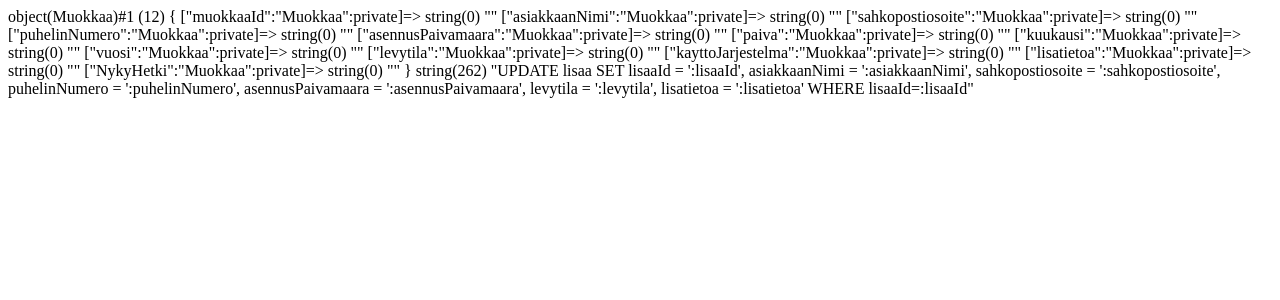
Repository: TommiKurjensalo/php
Page: http://localhost/test/function_to_function.php
These files come from the project's save history. The page is drawn as it stood at one moment and after the next save; the edit follows.
The browser window is 1280 px wide. The pictures show the whole page.
The page is run by PHP 8.4 with error messages shown; the project is at /var/www/html/.

Above is the page before, as saved 2017-04-25 16:22:46.

### sivut/test/function_to_function.php
<?php

$m = new Muokkaa();
$m->muokkaaAsiakas($m);

class Muokkaa {

	// luokan attribuutit
	private $muokkaaId = "";
	private $asiakkaanNimi = "";
	private $sahkopostiosoite = "";
	private $puhelinNumero = "";
	private $asennusPaivamaara = "";
	private $paiva = "";
	private $kuukausi = "";
	private $vuosi = "";
	private $levytila = "";
	private $kayttoJarjestelma = "";
	private $lisatietoa = "";
	private $NykyHetki = "";

	// Etsitään sopiva konstruktori
	function __construct() {
		$get_arguments       = func_get_args();
		$number_of_arguments = func_num_args();

		if (method_exists($this, $method_name = '__construct'.$number_of_arguments)) {
			call_user_func_array(array($this, $method_name), $get_arguments);
		}
	}


	// Luokan konstruktori
	public function __construct10($uusiId=1, $uusiAsiakkaanNimi = "Asiakas332", $uusiSahkopostiosoite = "asiakas@jee.org", $uusiPuhelinNumero = "040-8877 443",
			$uusiPaiva = "02", $uusiKuukausi = "03", $uusiVuosi = "2017",
			$uusiLevytila = "32", $uusiKayttoJarjestelma = "3", $uusiLisatietoa = "Lisätietojapa hyvinkin")
	{

		// trim poistaa tyhjät merkkijonon alusta ja lopusta
		$this->lisaaId = ($uusiId);
		$this->asiakkaanNimi = trim($uusiAsiakkaanNimi);
		$this->sahkopostiosoite = trim($uusiSahkopostiosoite);
		$this->puhelinNumero = trim($uusiPuhelinNumero);
		$this->paiva = trim($uusiPaiva);
		$this->kuukausi = trim($uusiKuukausi);
		$this->vuosi = trim($uusiVuosi);
		$this->levytila = trim($uusiLevytila);
		$this->kayttoJarjestelma = trim($uusiKayttoJarjestelma);
		$this->lisatietoa = trim($uusiLisatietoa);
	}

	// Luokan konstruktori haeAsiakas toimintoa varten
	public function __construct2($uusiId="", $uusiAsiakkaanNimi = "")

	{
		// trim poistaa tyhjät merkkijonon alusta ja lopusta
		$this->lisaaId = ($uusiId);
		$this->asiakkaanNimi = trim($uusiAsiakkaanNimi);
		$this->paiva = trim($uusiPaiva);
		$this->kuukausi = trim($uusiKuukausi);
		$this->vuosi = trim($uusiVuosi);
		$this->kayttoJarjestelma = trim($uusiKayttoJarjestelma);
	}

	// Muuttaa/asettaa lisaaId-attribuutin
	public function setLisaaId($uusiId) {
		$this->lisaaId = $uusiId;
	}

	// Palauttaa lisaaId-attribuutin
	public function getLisaaId() {
		return $this->lisaaId;
	}

	// Muuttaa/asettaa asiakkaanNimi-attribuutin
	public function setAsiakkaanNimi($uusiAsiakkaanNimi) {
		$this->asiakkaanNimi = $uusiAsiakkaanNimi;
	}

	// Palauttaa asiakkaanNimi-attribuutin
	public function getAsiakkaanNimi() {
		return $this->asiakkaanNimi;
	}


	// $empty kertoo, saako kenttä olla tyhjä (FALSE=>ei saa olla eli on pakollinen)
	// $min kertoo kentän minimipituuden merkkeinä
	// $max kertoo kentän maksimipituuden merkkeinä
	public function checkAsiakkaanNimi($required, $min, $max) {

		// Jos kenttä saa olla tyhjä ja se on tyhjä, ei ole virhettä
		if ($required === FALSE && strlen($this->asiakkaanNimi) == 0)
			return 0;

		if ($required === TRUE) {
			// Jos kenttä on tyhjä
			if (strlen($this->asiakkaanNimi) == 0)
				return 1;

			// Jos kentässä on liian vähän tai liikaa merkkejä
			if (strlen($this->asiakkaanNimi) < $min || strlen($this->asiakkaanNimi) > $max)
				return 2;

			// Jos kentässä on sinne kuulumattomia merkkejä
			if (preg_match("/[^a-zåäöA-ZÅÄÖ0-9 \-]/", $this->asiakkaanNimi))
				return 3;

		}
		// Ei ollut virheitä
		return 0;

	}

	// *******************************************************
	// Muuttaa/asettaa sahkopostiosoite-attribuutin
	public function setSahkopostiosoite($uusiSahkopostiosoite) {
		$this->sahkopostiosoite = $uusiSahkopostiosoite;
	}

	// Palauttaa sahkopostiosoite-attribuutin
	public function getSahkopostiosoite() {
		return $this->sahkopostiosoite;
	}

	public function checkSahkopostiosoite($required) {

		// Jos kenttä saa olla tyhjä ja se on tyhjä, ei ole virhettä
		if ($required === FALSE && strlen($this->sahkopostiosoite) == 0)
			return 0;

		if ($required == TRUE) {
			// Jos kenttä on tyhjä
			if (strlen($this->sahkopostiosoite) == 0)
				return 4;

			// Jos kentässä on sinne kuulumattomia merkkejä
			// Hyväksytyt merkit ovat A-Z a-z 0-9 . - ja maatunnus 2-4 merkkiä (A-Z a-z)
			if (!preg_match('/^[A-Öa-ö0-9._-]+@[A-Öa-ö0-9.-]+\.[A-Za-z]{2,4}$/', $this->sahkopostiosoite))
				return 5;

		}

		return 0;
	}

	// *******************************************************
	// Muuttaa/asettaa puhelinNumero-attribuutin
	public function setPuhelinNumero($uusiPuhelinNumero) {
		$this->puhelinNumero = $uusiPuhelinNumero;
	}

	// Palauttaa puhelinNumero-attribuutin
	public function getPuhelinNumero() {
		return $this->puhelinNumero;
	}

	public function checkPuhelinNumero($required, $min, $max) {

		// Jos kenttä saa olla tyhjä ja se on tyhjä, ei ole virhettä
		if ($required === FALSE && strlen($this->puhelinNumero) == 0)
			return 0;

		if ($required === TRUE) {
			// Jos kenttä on tyhjä
			if (strlen($this->puhelinNumero) == 0)
				return 6;

			// Jos kentässä on liian vähän merkkejä/numeroita
			if (strlen($this->puhelinNumero) < $min || strlen($this->puhelinNumero) > $max) {
				return 20;
			}
			// Jos kentässä on sinne kuulumattomia merkkejä
			// Sallittu vain numerot 0-9, välilyönti ja välimerkki '-'
			elseif (!preg_match('/^(\d){0,4}[-]{1}[(\d\s)]{0,17}$/D', $this->puhelinNumero)) {
				return 7;
			}

		}
		// Ei ollut virheitä
		return 0;
	}

	// *******************************************************
	// Muuttaa/asettaa asennusPaivamaara-attribuutin
	public function setAsennusPaivamaara($uusiAsennusPaivamaara) {
		$this->asennusPaivamaara = $uusiAsennusPaivamaara;
	}

	// Palauttaa asennusPaivamaara-attribuutin
	public function getAsennusPaivamaara() {
		return $this->asennusPaivamaara;
	}

	// *******************************************************
	// Muuttaa/asettaa paiva-attribuutin
	public function setPaiva($uusiPaiva) {
		$this->paiva = $uusiPaiva;
	}

	// Palauttaa paiva-attribuutin
	public function getPaiva() {
		return $this->paiva;
	}

	// *******************************************************
	// Muuttaa/asettaa kuukausi-attribuutin
	public function setKuukausi($uusiKuukausi) {
		$this->kuukausi = $uusiKuukausi;
	}

	// Palauttaa kuukausi-attribuutin
	public function getKuukausi() {
		return $this->kuukausi;
	}

	// *******************************************************
	// Muuttaa/asettaa vuosi-attribuutin
	public function setVuosi($uusiVuosi) {
		$this->vuosi = $uusiVuosi;
	}

	// Palauttaa vuosi-attribuutin
	public function getVuosi() {
		return $this->vuosi;
	}

	// Palauttaa nykyhetki-attribuutin
	// Käytetään testaukseen
	public function getNykyHetki() {
		return $this->NykyHetki;
	}

	public function checkAsennusPaivamaara($required) {


		if ($required === TRUE) {
			// Jos kentät on tyhjiä

			if (strpos($this->paiva, 'none') !==FALSE || strpos($this->kuukausi, 'none') !==FALSE
					|| strpos($this->vuosi, 'none') !==FALSE) {
						return 8;
					}
					// Määritellään muuttujia päivämäärän tulevaisuuden tarkistamista varten
					$paivaFormaatti='j.n.Y';
					$nykyHetki = new DateTime('now', new DateTimeZone('Europe/Helsinki'));
					// Muutetaan tuodut päivä,kuukausi ja vuositiedot DateTime muotoon, jotta sitä voidaan helpommin vertailla
					// ja viedä yhdellä muuttujalle tiedot sivulle
					$DateAsennusPaivamaara = DateTime::createFromFormat($paivaFormaatti,"$this->paiva.$this->kuukausi.$this->vuosi");
					$this->asennusPaivamaara = $DateAsennusPaivamaara;
					$this->NykyHetki = $nykyHetki;

					// Jos asetettu päivämääärä on tulevaisuudessa
					if($DateAsennusPaivamaara > $nykyHetki)
						return 9;
		}
		// Muuten palautetaan 0, aka kaikki hyvin
		return 0;
	}

	public function setErotteleAsennusPaivamaara($asennusPaivamaara) {

		if (!empty($asennusPaivamaara)) {
			list($uusiVuosi,$uusiKuukausi,$UusiPaiva) = explode(".",$asennusPaivamaara);

			$this->setPaiva($UusiPaiva);
			$this->setKuukausi($uusiKuukausi);
			$this->setVuosi($uusiVuosi);
		}


	}

	// *******************************************************
	// Muuttaa/asettaa levytila-attribuutin
	public function setLevytila($uusiLevytila) {
		$this->levytila = $uusiLevytila;
	}

	// Palauttaa levytila-attribuutin
	public function getLevytila() {
		return $this->levytila;
	}

	public function checkLevytila($required) {

		// Jos kenttä saa olla tyhjä ja se on tyhjä, ei ole virhettä
		if ($required === FALSE && strlen($this->levytila) == 0)
			return 0;

		if ($required === TRUE) {
			// Jos kenttä on tyhjä
			if (strlen($this->levytila) == 0)
				return 10;

			// Jos kentässä on sinne kuulumattomia merkkejä
			if (preg_match("[\d{1-5}]", $this->levytila))
				return 11;

			// Jos levytila on 0 tai negatiivinen kokonaisluku
			if ($this->levytila <= 0)
				return 21;
		}

		return 0;
	}

	// *******************************************************
	// Muuttaa/asettaa kayttoJarjestelma-attribuutin
	public function setKayttoJarjestelma($uusiKayttoJarjestelma) {
		$this->kayttoJarjestelma = $uusiKayttoJarjestelma;
	}

	// Palauttaa kayttoJarjestelma-attribuutin
	public function getKayttoJarjestelma() {
		return $this->kayttoJarjestelma;
	}

	public function checkKayttoJarjestelma($required) {

		// Jos kenttä saa olla tyhjä ja se on tyhjä, ei ole virhettä
		if ($required === FALSE && strlen($this->kayttoJarjestelma) == 0)
			return 0;

		if ($required === TRUE) {
			// Jos käyttöjärjestelmää ei ole valittu
			if (strpos($this->kayttoJarjestelma, 'none') !==FALSE)
				return 12;
		}
		// Ei ollut virheitä
		return 0;
	}

	// *******************************************************
	// Muuttaa/asettaa kayttoJarjestelma-attribuutin
	public function setLisatietoa($uusiLisatietoa) {
		$this->lisatietoa = $uusiLisatietoa;
	}

	// Palauttaa kayttoJarjestelma-attribuutin
	public function getLisatietoa() {
		return $this->lisatietoa;
	}

	public function checkLisatietoa ($required, $min, $max) {

		// Jos kenttä saa olla tyhjä ja se on tyhjä, ei ole virhettä
		if ($required === FALSE && strlen($this->lisatietoa) == 0)
			return 0;


		if ($required === TRUE) {
			// Jos kenttä on tyhjä
			if (strlen($this->lisatietoa) == 0)
				return 13;

			// Jos kentässä on liian vähän tekstiä
			if (strlen($this->lisatietoa) < $min || strlen($this->lisatietoa) > $max)
				return 14;

		}
		// Ei ollut virheitä
		return 0;
	}

public function muokkaaAsiakas($muokkaa) {

	$tulos = array();
	$table = 'lisaa';

	$where = 'lisaaId=:lisaaId';

	var_dump($muokkaa);

	$data = ["lisaaId" => ":lisaaId","asiakkaanNimi" => ":asiakkaanNimi","sahkopostiosoite"=>":sahkopostiosoite","puhelinNumero"=>":puhelinNumero",
			"asennusPaivamaara"=>":asennusPaivamaara","levytila"=>":levytila","lisatietoa"=>":lisatietoa"];

	function build_sql_update($table, $data, $where)
	{
		$cols = array();

		foreach($data as $key=>$val) {
			$cols[] = "$key = '$val'";
		}
		$sql = "UPDATE $table SET " . implode(', ', $cols) . " WHERE $where";

		return $sql;
	}

	$sql_lisaa = build_sql_update($table,$data,$where);
	//$sql_lisaa = Muokkaa::build_sql_update($table, $data, $where);
	var_dump($sql_lisaa);
}
}
?>

After the next save:
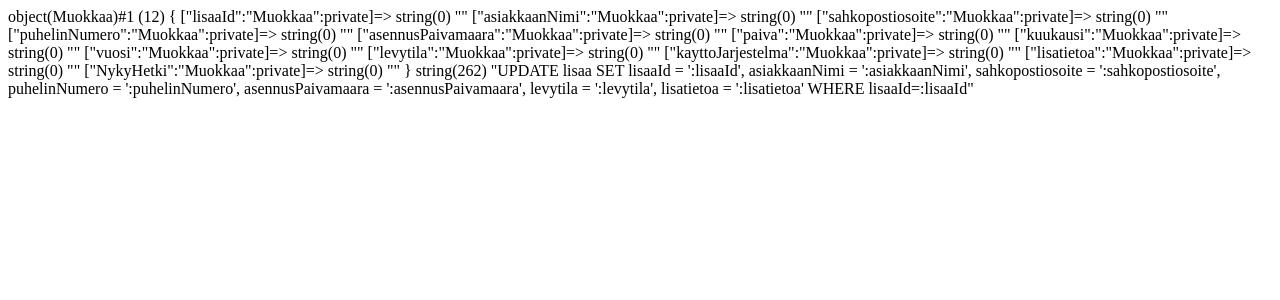
Saved 61 s later.
--- a/sivut/test/function_to_function.php
+++ b/sivut/test/function_to_function.php
@@ -6,7 +6,7 @@ $m->muokkaaAsiakas($m);
 class Muokkaa {
 
 	// luokan attribuutit
-	private $muokkaaId = "";
+	private $lisaaId = "";
 	private $asiakkaanNimi = "";
 	private $sahkopostiosoite = "";
 	private $puhelinNumero = "";
